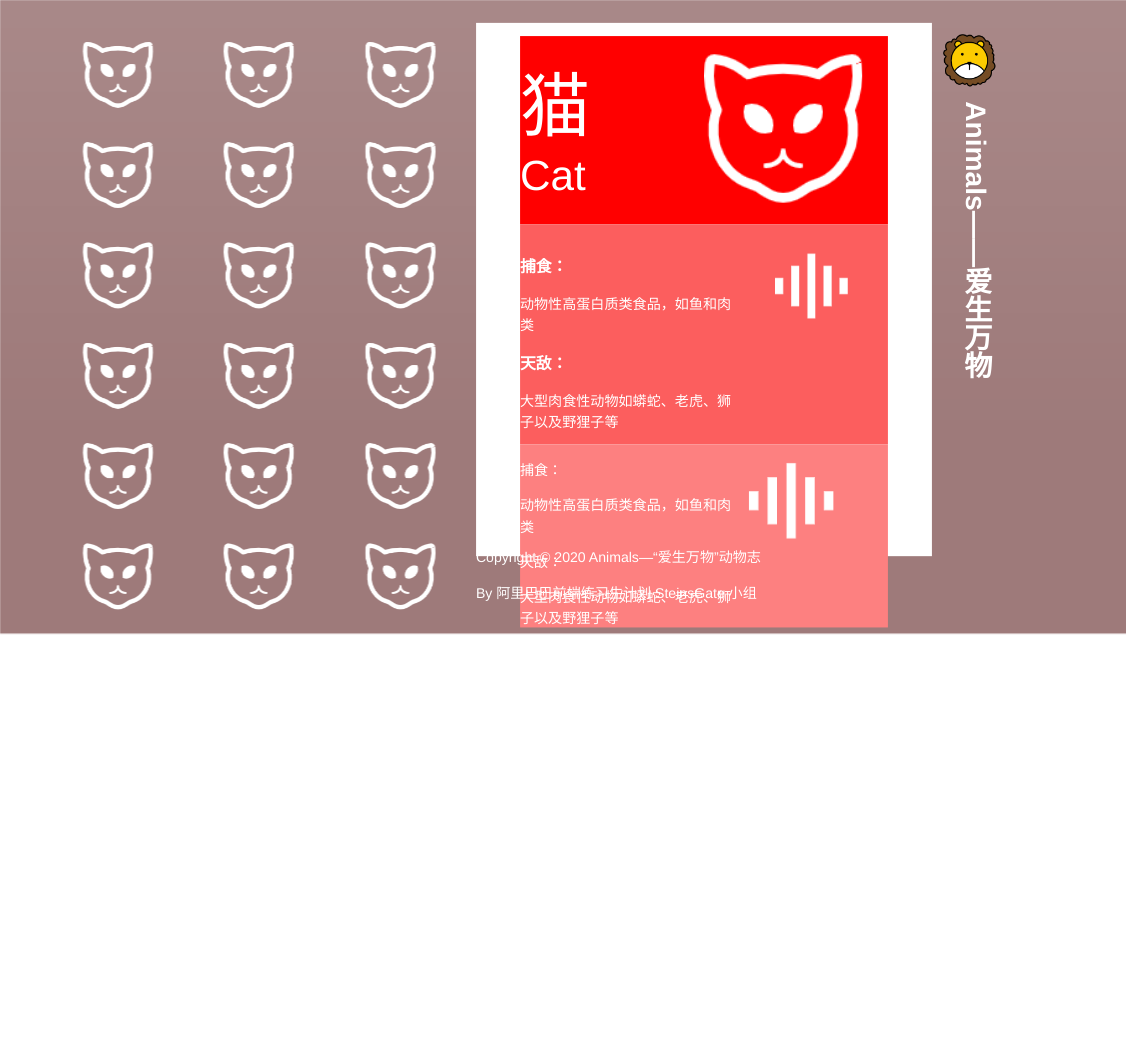
Repository: Whiskeyi/Animals
Page: /
These files come from the project's save history. The page is drawn as it stood at one moment and after the next save; the edit follows.
The browser window is 1280 px wide. The pictures show the whole page, at 88% of full size.
The project was rebuilt for these pictures with package versions that can differ from the ones it lists, and the page was loaded fresh each time.

Above is the page before, as saved 2021-11-16 00:28:31.

After the next save:
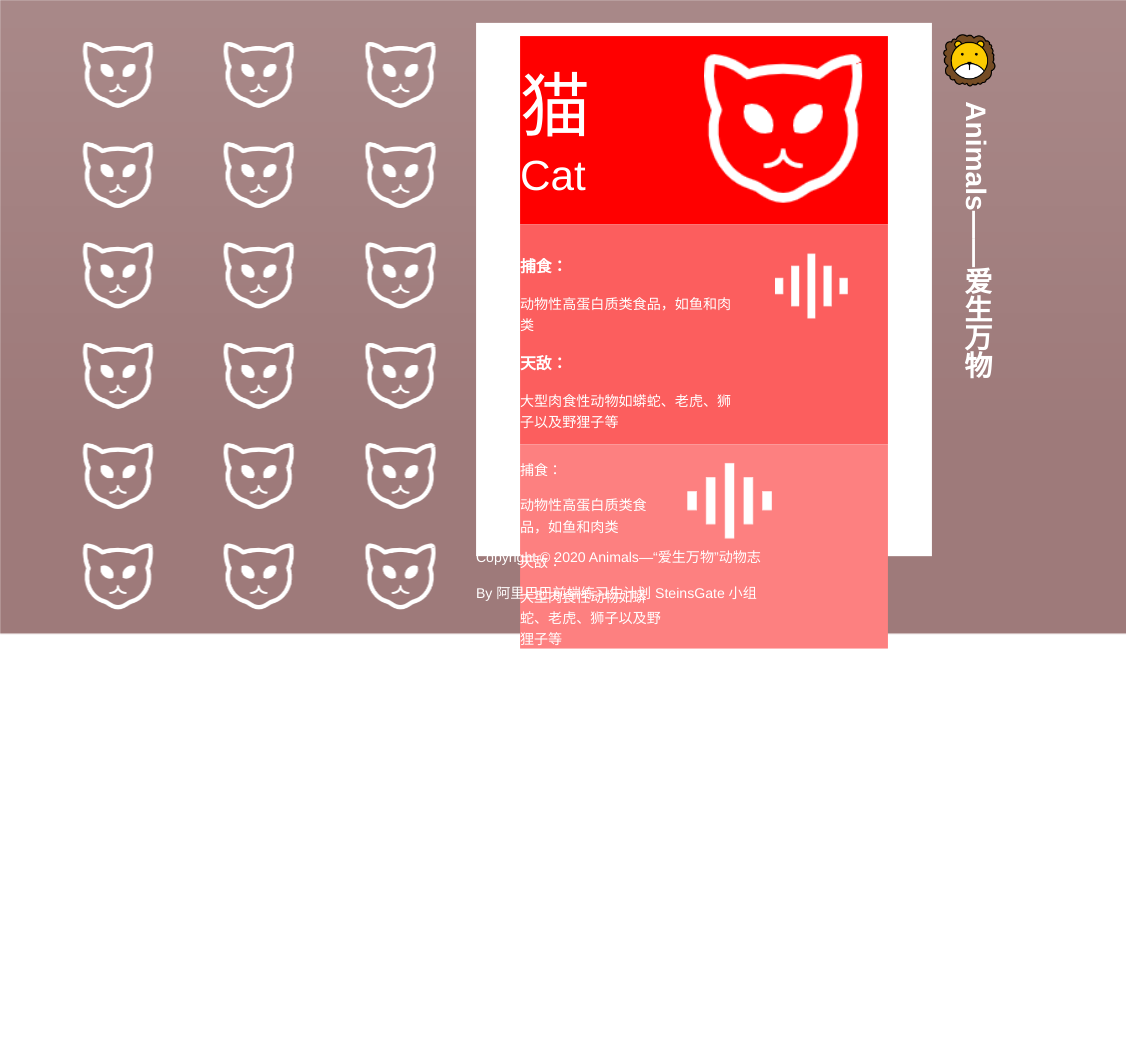
Saved 42 s later.
--- a/src/components/Info/introduce-bottom/index.vue
+++ b/src/components/Info/introduce-bottom/index.vue
@@ -1,7 +1,7 @@
 <template>
 <div class="fooBottom">
-     <el-row class="habContainer">
-          <el-col class="habContext" :span="14">
+     <el-row class="botContainer">
+          <el-col class="poem" :span="10">
               <p class="foodTitle">捕食：</p>
               <div class="food">动物性高蛋白质类食品，如鱼和肉类</div>
               <p class="enemyTitle">天敌：</p>
